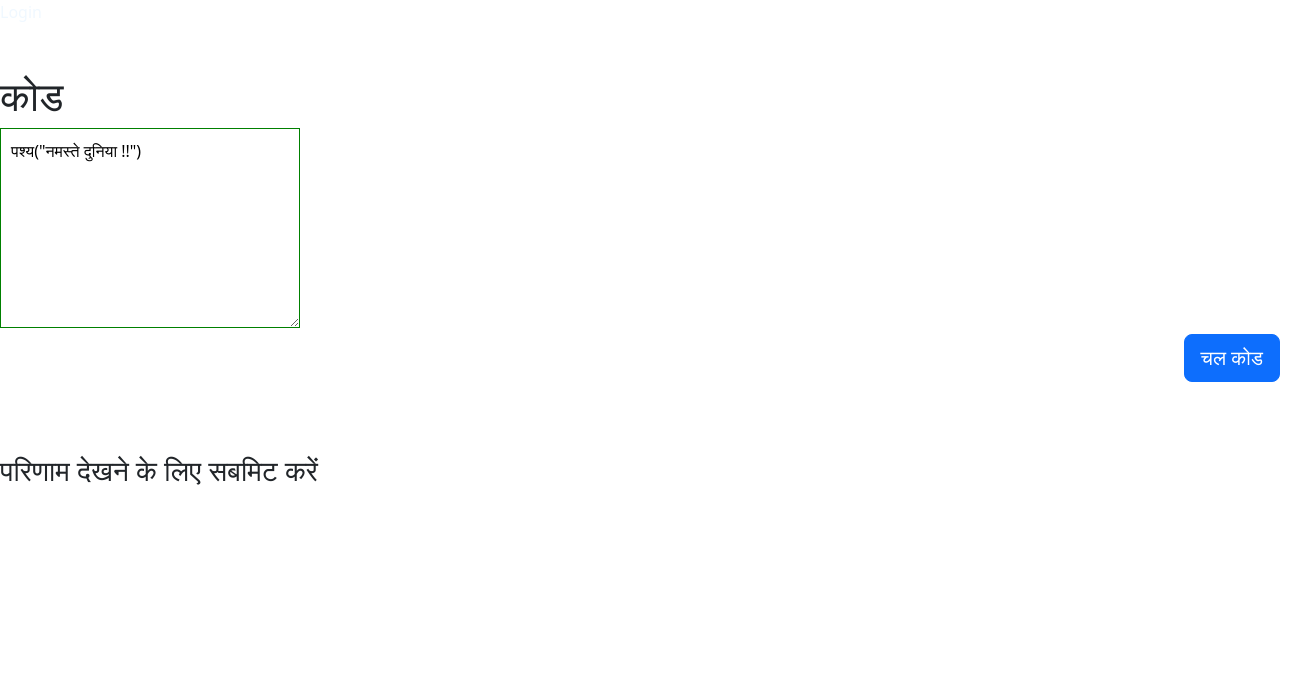
Repository: Vivek3072/webapp_shuniya_code.com
Page: /
These files come from the project's save history. The page is drawn as it stood at one moment and after a run of saves; the edit follows.
The browser window is 1280 px wide. The page is 1292 px wide, so the pictures cover 1292 px, including what lies to the right of the window. The pictures show the whole page.
The project was rebuilt for these pictures with package versions that can differ from the ones it lists, and the page was loaded fresh each time. Also part of the build but not shown: src/components/Login.js, src/components/Singup.js. Imported but missing from the stored project, and not drawn on this page: src/axiosApi.

Above is the page before, as saved 2021-02-27 22:06:24.

After the next 2 saves:
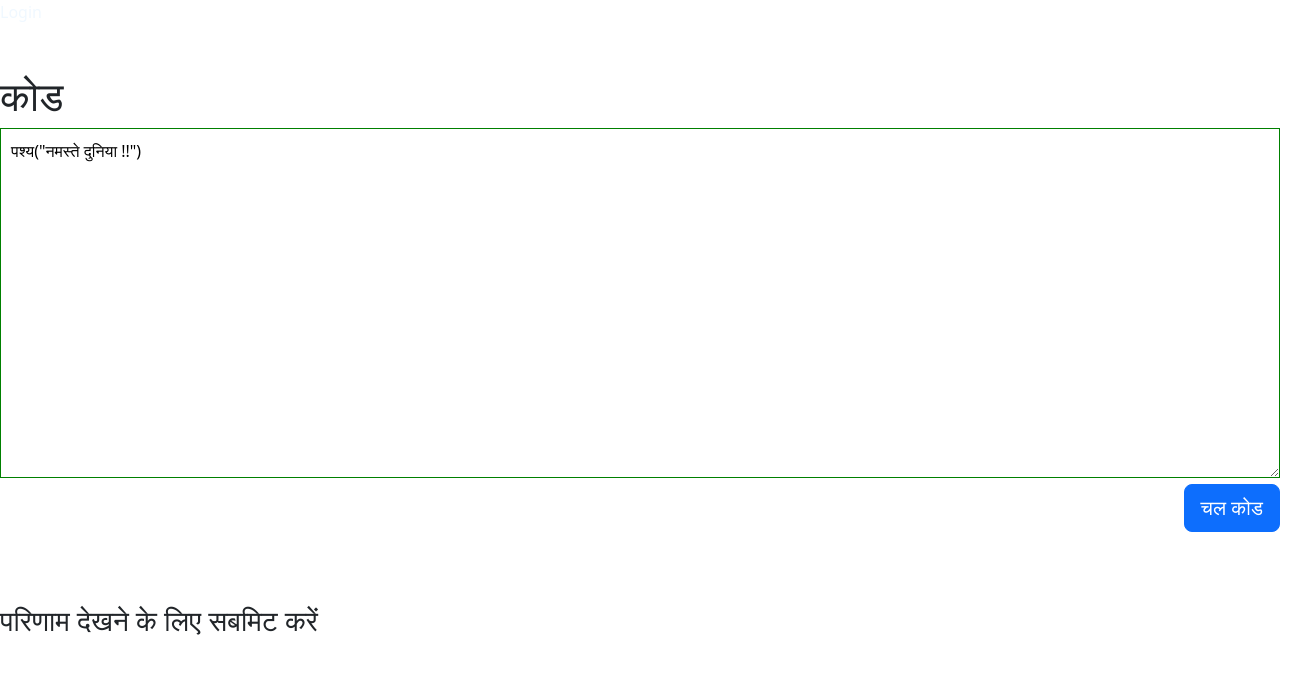
The 2 saves are shown as one change because 1 did not build or start.
The last was saved 29 s later.
--- a/src/home/index.js
+++ b/src/home/index.js
@@ -50,8 +50,7 @@ export default class home extends Component {
           <div className="row">
             <div className="col-sm-12 col-md-12 col-lg-12">
               <h1>कोड</h1>
-              <textarea id="texteditor" className="editorArea" style={{width: "300px",
-    height: "200px"}}>
+              <textarea id="texteditor" className="editorArea">
                 पश्य("नमस्ते दुनिया !!")
               </textarea>
               <div
